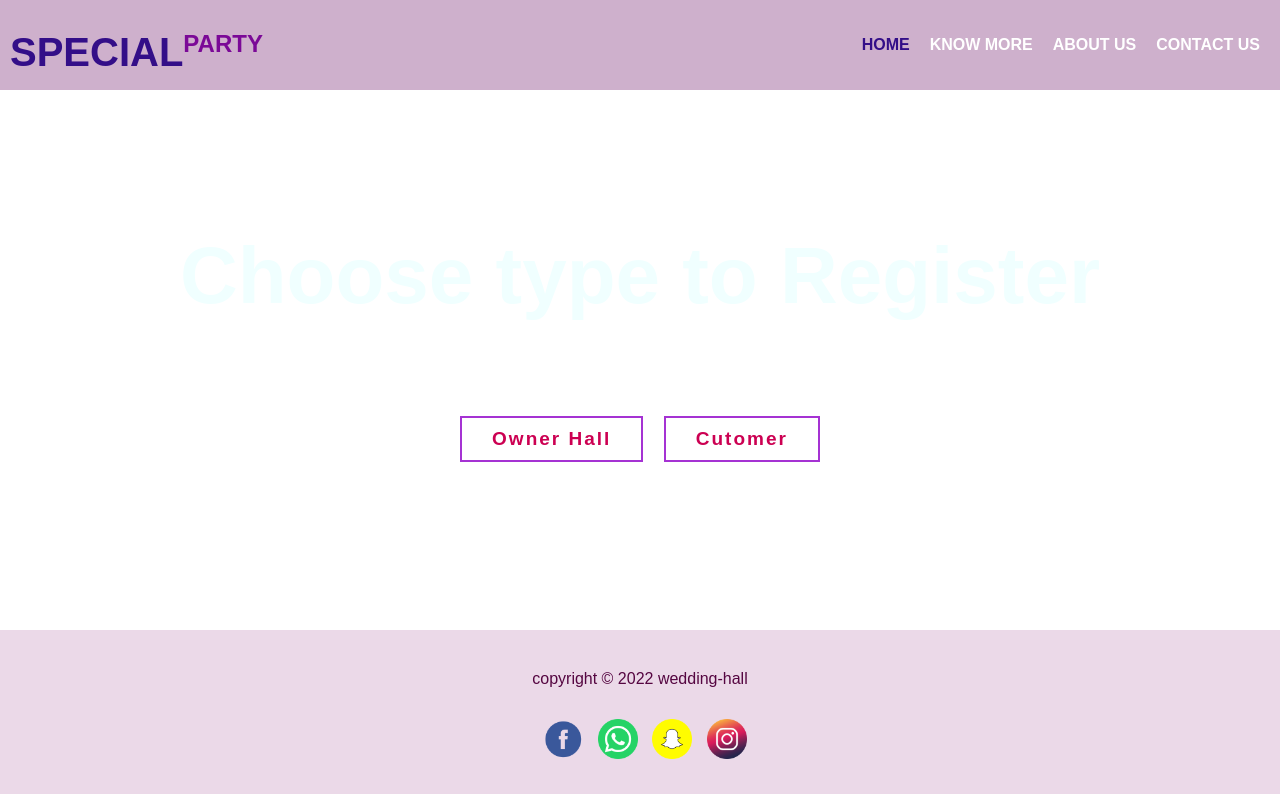
Repository: special4Party/Graduation-project-wedding-hall
Page: http://localhost/include/temp/choosing_type_signup.html
The author's editor kept a copy of each file at every save. The page is drawn from the files as they stood at one save, then again after the next save.
The browser window is 1280 px wide. The pictures show the whole page.
The page is run by PHP 8.4 with error messages shown; the project is at /var/www/html/.

Above is the page before, as saved 2022-04-14 14:22:34.

### include/temp/choosing_type_signup.html
<!DOCTYPE html>
<html lang="en">
<head>
    <meta charset="UTF-8">
    <link rel="stylesheet" href="/layout/css/type_signup.css">
    <link rel="stylesheet" href="/layout/css/normalize.css">

    <title>type sign up</title>
</head>
<body>
    <!-- start header -->
     <div class="header">
			<div class="navbar">
				<div class="container">

					<h2 > <span>Special</span>  Party </h2>
					<ul>
						<li class="active"><a href="/index.html">Home</a> </li>
						<li><a href="/index.html#Know-more">Know More</a></li>
						<li><a href="/index.html#about-us-link">About us</a></li>
						<li><a href="/index.html#contact">contact us</a></li>
					</ul>
			    </div>
			</div>
	 </div>
	<!-- End header -->
<!-- ---------------------------------------------------------------- -->
<div class="container-body">
    <div class="content">
        <h1>Choose type to Register</h1>
        <button class="btn">Owner Hall</button>
        <button class="btn">Cutomer</button>
    </div>
</div>

<!-- ---------------------------------------------------------------- -->
    <!-- start footer -->
<footer class="footer">
	<div class="container">
		<span>copyright &copy; 2022 wedding-hall</span>
		<ul>
			<li>
				<a href="http://facebook.com">
				    <img src="/images/img/face.png"alt="facebook">
			    </a>
			</li>
			<li>
				<a href="http://web.whatsapp.com">
				    <img src="/images/img/what.png"alt="whatsapp">
			    </a>
			</li>
			<li>
				<a href="http://accounts.snapchat.com">
			    	<img src="/images/img/snap.png"alt="snapchat">
			    </a>
			</li>
			<li>
				<a href="http://www.instagram.com">
					<img src="/images/img/insta.png"alt="instagram">
				</a>
			</li>
		</ul>
	</div>
</footer>

	<!-- End footer-->
</body>
</html>

### layout/css/type_signup.css



/* ----------------------------------------- */
/* Start header */
    .header .navbar{
    background-color: rgb(206, 176, 204);
    color: rgb(123, 9, 151);
    height: 70px;
    padding: 10px;
    overflow: hidden;
    }

    .header .navbar h2{
        float: left;
        text-transform: uppercase;
    }

    .header .navbar h2 span{
    float: left;
    color: rgb(51, 14, 136);
    font-size: 40px;
    }

    .header .navbar ul{
    list-style: none;
    padding-left: 0px;
    overflow: hidden;
    float: right;
    }

    .header .navbar ul li {
        float: left;
        padding: 10px;
        text-transform: uppercase;

    }

    .header .navbar ul li a {
    color: white;
    text-decoration: none;
    font-weight: bold;
    }

    .header .navbar ul li.active a,
    .header .navbar ul li a:hover {
        color: rgb(51, 14, 136);
    }
    .header .navbar ul li.active a:hover{
        color: #880d80;
    }
    /* End header */
/* ----start body----- */
.container-body{
        width: 1170px;
        margin: auto;
        height: 400px;
}
.content{
    text-align: center;
    margin-top: 12%;
}
.content h1{
    font-size: 80px;
    color: azure;
}
.btn{
    cursor: pointer;
    color: #cc0052;
    font-size: 19px;
    letter-spacing: 2px;
    padding: 10px 30px;
    border: 2px solid #a532d3;
    background: transparent;
    text-decoration: none;
    text-align: center;
    font-weight: bold;
    margin: 40px 8px;
}


/* ---end body------ */






    /* start footer*/
.footer{
    background-color:rgb(235, 217, 232);
    padding: 10px ;
    overflow: hidden;
    text-align: center;
}

.footer span{
    float: right;
    padding-top: 30px;
    padding-bottom: 10px;
    width: 100%;
    color: #550641;
}

.footer ul{
    width: 100%;
    list-style: none;
    padding-left: 0px;
    float: right;
}

.footer ul li{
   display: inline-block;
   width: 40px;
   margin:0px 5px 0px ;
}

.footer ul li img{
    width: 100%;
    padding: 5px;
}
.footer ul li img:hover{
    border: 0px solid rgb(223, 85, 188);
    border-radius: 40px;
    box-shadow: 0px 1px 15px rgb(149, 9, 177);
}
/* End footer*/

Loaded but not shown: layout/css/normalize.css (library)

After the next save:
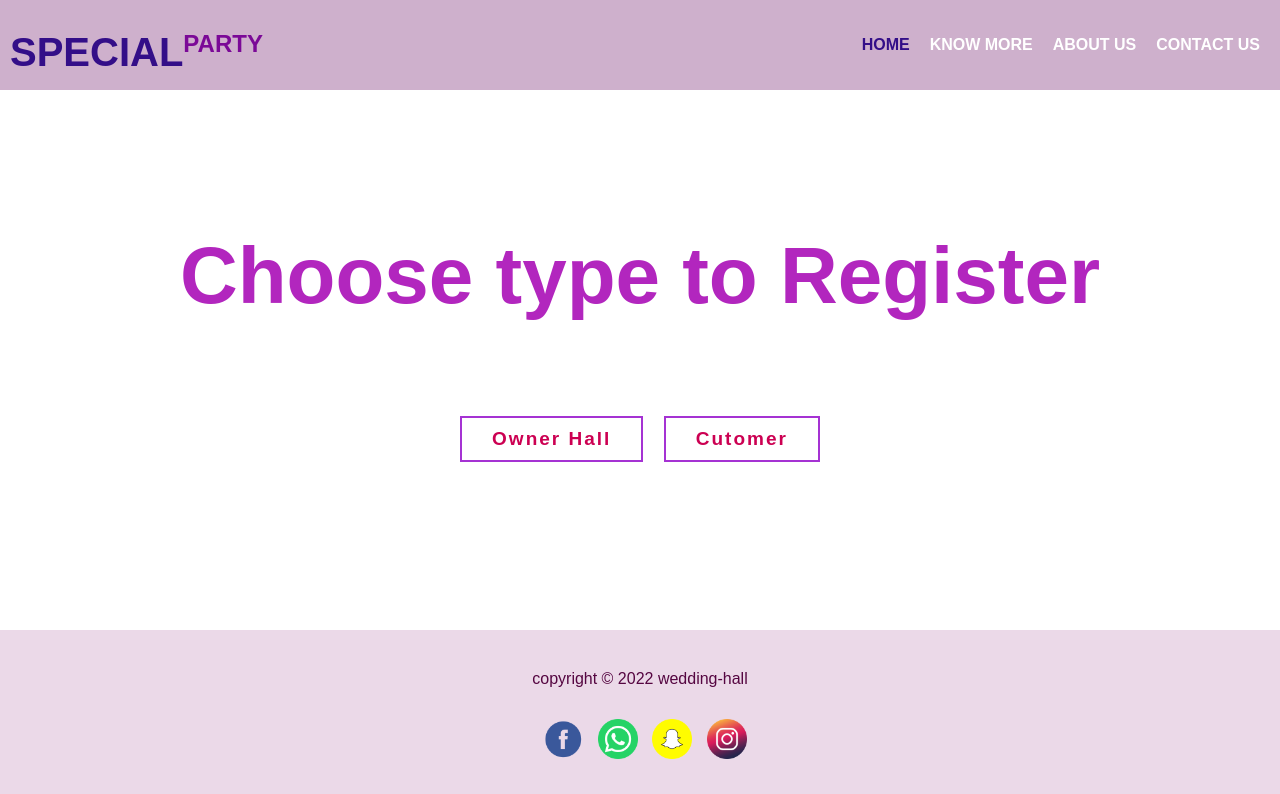
Saved 12 s later.
--- a/layout/css/type_signup.css
+++ b/layout/css/type_signup.css
@@ -62,7 +62,7 @@
 }
 .content h1{
     font-size: 80px;
-    color: azure;
+    color: rgb(178, 38, 190);
 }
 .btn{
     cursor: pointer;
